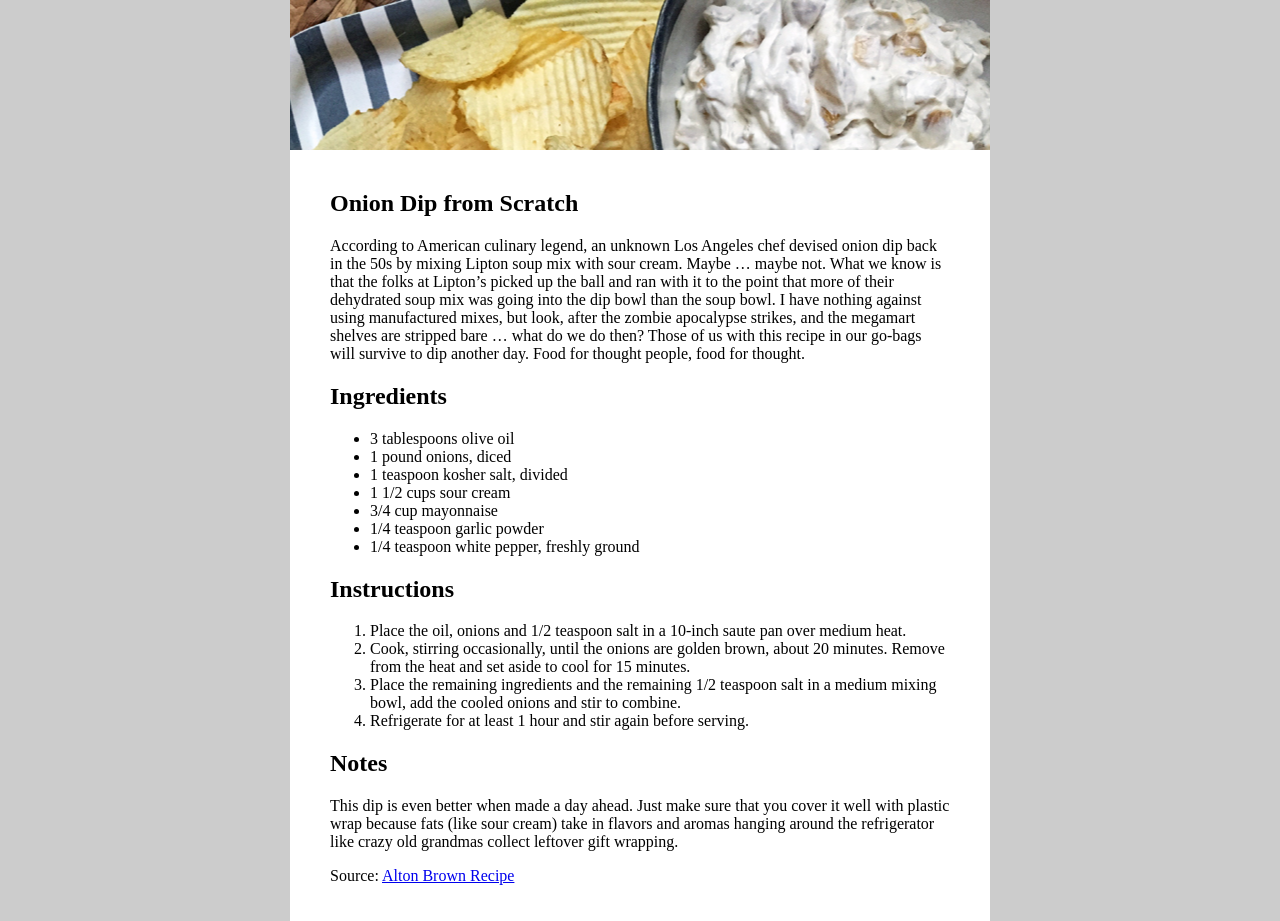
Repository: coltoncherry/mi349fs15
Page: week3/index.html
The author's editor kept a copy of each file at every save. The page is drawn from the files as they stood at one save, then again after the next save.
The browser window is 1280 px wide. The pictures show the whole page.

Above is the page before, as saved 2015-09-23 01:17:53.

After the next save:
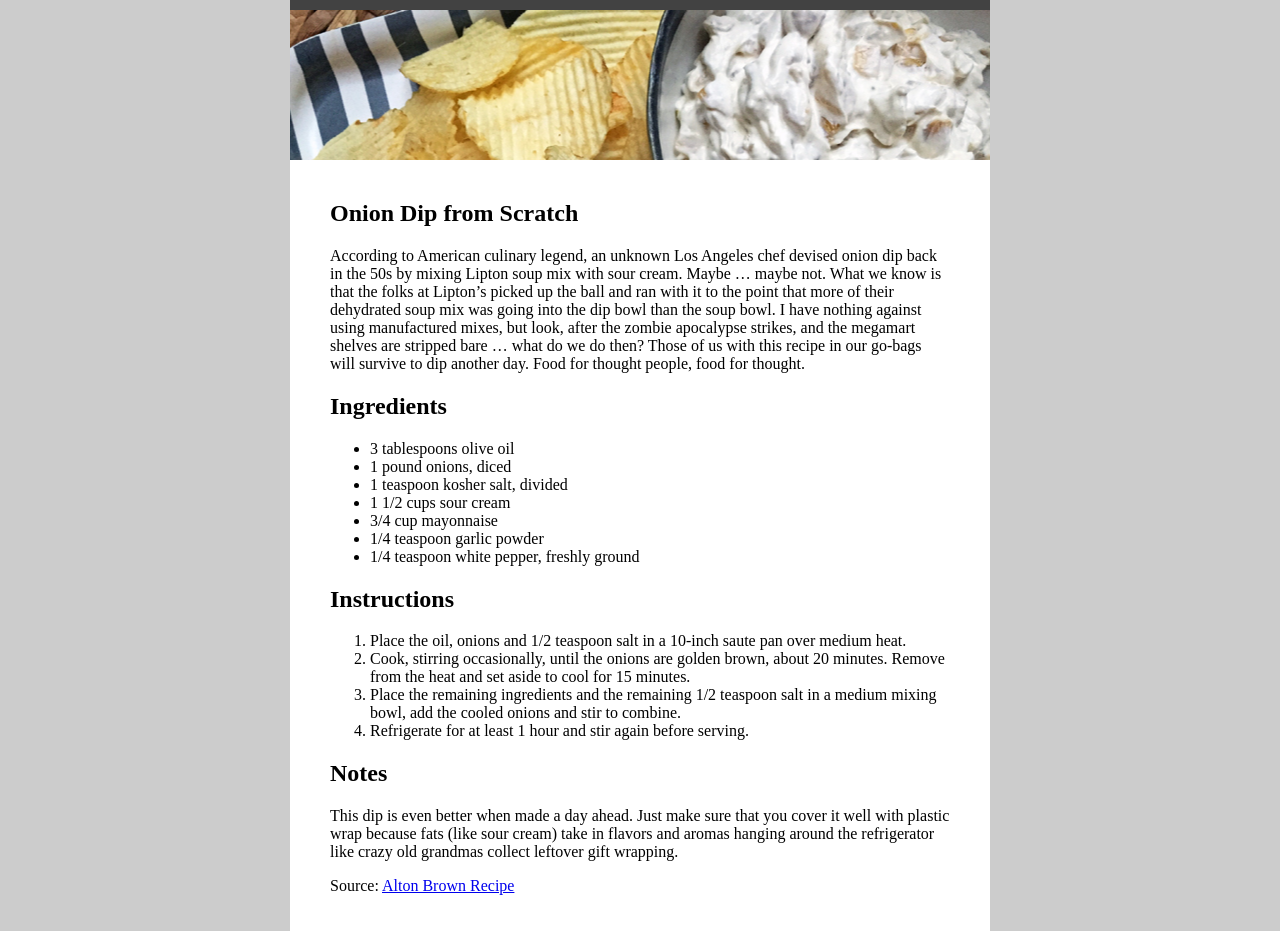
Saved 16 s later.
--- a/week3/css/style.css
+++ b/week3/css/style.css
@@ -8,7 +8,7 @@ body {
 	width: 700px;
 	padding-top: 150px;
 	background: #fff url(images/alton-brown-onion-dip.jpg) no-repeat top center;
-	border-top:
+	border-top: 10px solid #424242;
 }
 
 
